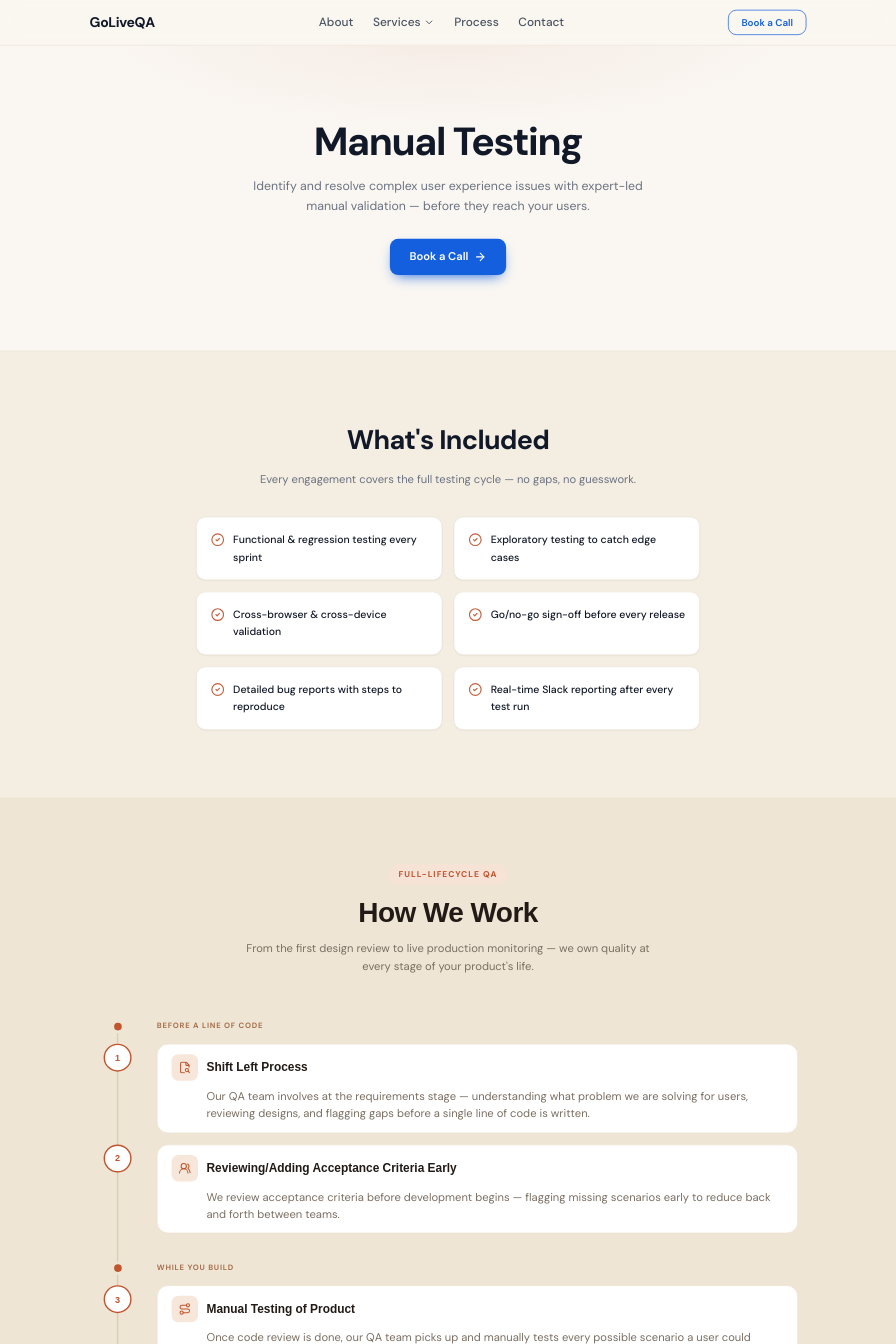
Repository: Monika281992/GoLiveQA
Page: /manual-testing
The author's editor kept a copy of each file at every save. The page is drawn from the files as they stood at one save, then again after the next save.
The browser window is 1280 px wide. The pictures show the part of the page from y = 0 to 1920 px (the page is 3241 px tall before and 2805 px after), at 70% of full size.
The project was rebuilt for these pictures with package versions that can differ from the ones it lists, and the page was loaded fresh each time. The framework's server and built-in components were replaced by stand-ins that run in the browser. Also part of the build but not shown: next.config.mjs.

Above is the page before, as saved 2026-06-27 21:39:47.

### app/layout.tsx
import type { Metadata } from "next";
import { DM_Sans, Kaushan_Script } from "next/font/google";
import "./globals.css";

const dmSans = DM_Sans({
  subsets: ["latin"],
  weight: ["300", "400", "500", "600", "700"],
  variable: "--font-sans",
  display: "swap",
});

const kaushan = Kaushan_Script({
  subsets: ["latin"],
  weight: "400",
  variable: "--font-script",
  display: "swap",
});

export const metadata: Metadata = {
  title: "GoLiveQA",
  description:
    "Senior QA engineer with 9 years of hands-on experience testing Healthcare, SaaS, AI & Real Estate products at startups across India and US. Playwright, Cypress, Postman. Available remotely.",
};

export default function RootLayout({
  children,
}: {
  children: React.ReactNode;
}) {
  return (
    <html lang="en" className={`${dmSans.variable} ${kaushan.variable}`}>
      <body className="font-sans leading-relaxed">{children}</body>
    </html>
  );
}

### app/manual-testing/page.tsx
import { Navbar } from "@/components/navbar";
import { Footer } from "@/components/footer";
import { Button } from "@/components/ui/button";
import { ProblemsWeSolve } from "@/components/ProblemsWeSolve";
import { ArrowRight, CheckCircle2 } from "lucide-react";

export const metadata = {
  title: "Manual Testing — GoLiveQA",
  description: "Expert-led manual testing services for startups and fast-moving teams.",
};

const highlights = [
  "Functional & regression testing every sprint",
  "Exploratory testing to catch edge cases",
  "Cross-browser & cross-device validation",
  "Go/no-go sign-off before every release",
  "Detailed bug reports with steps to reproduce",
  "Real-time Slack reporting after every test run",
];

export default function ManualTestingPage() {
  return (
    <div className="min-h-screen bg-surface">
      <Navbar />
      <main>
        {/* Hero */}
        <section className="relative overflow-hidden py-16 md:py-24 lg:py-[108px]">
          <div className="pointer-events-none absolute inset-0 bg-[radial-gradient(58%_46%_at_50%_-4%,#f6ebe5,transparent_72%)]" />
          <div className="relative mx-auto max-w-[760px] px-5 text-center sm:px-8 lg:px-12">
            <h1 className="text-[clamp(2.2rem,5vw,3.5rem)] font-bold leading-[1.05] tracking-[-0.035em] text-ink">
              Manual Testing
            </h1>
            <p className="mx-auto mt-5 max-w-[580px] text-[1.1rem] leading-relaxed text-muted">
              Identify and resolve complex user experience issues with expert-led manual validation — before they reach your users.
            </p>
            <div className="mt-8 flex flex-wrap items-center justify-center gap-4">
              <Button asChild size="lg">
                <a href="/book-a-call">
                  Book a Call <ArrowRight className="h-[18px] w-[18px]" />
                </a>
              </Button>
            </div>
          </div>
        </section>

        {/* What's included */}
        <section className="border-t border-hairline bg-surface-soft py-16 md:py-24">
          <div className="mx-auto max-w-container px-5 sm:px-8 lg:px-12">
            <div className="mx-auto max-w-[560px] text-center">
              <h2 className="text-[clamp(1.8rem,3.5vw,2.4rem)] font-bold tracking-[-0.025em] text-ink">
                What&apos;s Included
              </h2>
              <p className="mt-3 text-[1rem] leading-relaxed text-muted">
                Every engagement covers the full testing cycle — no gaps, no guesswork.
              </p>
            </div>
            <div className="mx-auto mt-10 grid max-w-[720px] grid-cols-1 gap-4 sm:grid-cols-2">
              {highlights.map((item) => (
                <div key={item} className="flex items-start gap-3 rounded-[14px] border border-hairline bg-white p-5 shadow-sm">
                  <CheckCircle2 className="mt-0.5 h-5 w-5 flex-none text-accent" />
                  <p className="text-[15px] font-medium text-ink">{item}</p>
                </div>
              ))}
            </div>
          </div>
        </section>

        {/* How We Work timeline */}
        <ProblemsWeSolve />

        {/* CTA */}
        <section className="py-16 md:py-24">
          <div className="mx-auto max-w-container px-5 text-center sm:px-8 lg:px-12">
            <h2 className="text-[clamp(1.8rem,3.5vw,2.4rem)] font-bold tracking-[-0.025em] text-ink">
              Ready to ship with confidence?
            </h2>
            <p className="mt-3 text-[1rem] text-muted">
              Tell us about your product and we&apos;ll put together the right testing plan.
            </p>
            <Button asChild size="lg" className="mt-7">
              <a href="/book-a-call">
                Book a Consultation <ArrowRight className="h-[18px] w-[18px]" />
              </a>
            </Button>
          </div>
        </section>
      </main>
      <Footer />
    </div>
  );
}

### app/globals.css
@tailwind base;
@tailwind components;
@tailwind utilities;

html {
  scroll-behavior: smooth;
}

body {
  background-color: #faf7f2;
  color: #4b5563;
  -webkit-font-smoothing: antialiased;
}

### components/footer.tsx
const links = [
  { label: "About", href: "#about" },
  { label: "How Can I Help", href: "#services" },
  { label: "Process", href: "#process" },
  { label: "Contact", href: "#contact" },
];

export function Footer() {
  return (
    <footer className="border-t border-hairline bg-white py-8">
      <div className="mx-auto flex max-w-container flex-wrap items-center justify-between gap-x-7 gap-y-4 px-5 sm:px-8 lg:px-12">
        <a href="#top" className="text-lg font-bold tracking-tight text-brand">
          GoLiveQA
        </a>
        <div className="flex flex-wrap gap-6">
          {links.map((l) => (
            <a
              key={l.href}
              href={l.href}
              className="text-sm text-muted transition-colors hover:text-ink"
            >
              {l.label}
            </a>
          ))}
        </div>
        <p className="text-[13.5px] text-faint">
          © 2026 GoLiveQA. All rights reserved. A boutique QA consultancy.
        </p>
      </div>
    </footer>
  );
}

### components/ui/button.tsx
import * as React from "react";
import { Slot } from "@radix-ui/react-slot";
import { cva, type VariantProps } from "class-variance-authority";
import { cn } from "@/lib/utils";

const buttonVariants = cva(
  "inline-flex items-center justify-center gap-2 whitespace-nowrap rounded-xl font-semibold transition-all focus-visible:outline-none focus-visible:ring-2 focus-visible:ring-brand/40 focus-visible:ring-offset-2 disabled:pointer-events-none disabled:opacity-50",
  {
    variants: {
      variant: {
        default:
          "bg-brand text-white shadow-brand hover:bg-brand-dark hover:-translate-y-0.5",
        outline:
          "border-[1.5px] border-brand text-brand hover:bg-brand hover:text-white",
        ghost: "text-brand hover:bg-brand/5",
      },
      size: {
        default: "h-11 px-6 text-[15px]",
        lg: "h-[52px] px-7 text-base",
        sm: "h-9 px-[18px] text-sm",
      },
    },
    defaultVariants: {
      variant: "default",
      size: "default",
    },
  }
);

export interface ButtonProps
  extends React.ButtonHTMLAttributes<HTMLButtonElement>,
    VariantProps<typeof buttonVariants> {
  asChild?: boolean;
}

const Button = React.forwardRef<HTMLButtonElement, ButtonProps>(
  ({ className, variant, size, asChild = false, ...props }, ref) => {
    const Comp = asChild ? Slot : "button";
    return (
      <Comp
        className={cn(buttonVariants({ variant, size, className }))}
        ref={ref}
        {...props}
      />
    );
  }
);
Button.displayName = "Button";

export { Button, buttonVariants };

### components/ProblemsWeSolve.jsx
"use client";

import {
  FileSearch2,
  UsersRound,
  Route,
  ClipboardCheck,
  History,
  BadgeCheck,
  Zap,
  Radar,
} from "lucide-react";

const ACCENT      = "#c0552f";
const RAIL_COLOR  = "#ddcdb4";
const BG_SECTION  = "#efe5d4";
const BG_CARD     = "#ffffff";
const TEXT_HEAD   = "#211a15";
const TEXT_BODY   = "#7a6f62";
const CHIP_BG     = "#f7e7db";
const PHASE_TEXT  = "#a8714f";
const EYEBROW_BG  = "#f7e3d6";

const DARK = {
  bg:   "#2c2620",
  title:"#ffffff",
  body: "#c9bfb2",
  icon: "#f0a07e",
  chip: "rgba(192,85,47,0.25)",
};

const phases = [
  {
    label: "Before a line of code",
    items: [
      {
        n: 1, Icon: FileSearch2,
        title: "Shift Left Process",
        desc:  "Our QA team involves at the requirements stage — understanding what problem we are solving for users, reviewing designs, and flagging gaps before a single line of code is written.",
        dark: false,
      },
      {
        n: 2, Icon: UsersRound,
        title: "Reviewing/Adding Acceptance Criteria Early",
        desc:  "We review acceptance criteria before development begins — flagging missing scenarios early to reduce back and forth between teams.",
        dark: false,
      },
    ],
  },
  {
    label: "While you build",
    items: [
      {
        n: 3, Icon: Route,
        title: "Manual Testing of Product",
        desc:  "Once code review is done, our QA team picks up and manually tests every possible scenario a user could encounter — ensuring it works exactly as intended.",
        dark: false,
      },
      {
        n: 4, Icon: ClipboardCheck,
        title: "Bug Reporting",
        desc:  "Every bug is documented with video, steps, logs and screenshots — so developers fix it without the back-and-forth.",
        dark: false,
      },
      {
        n: 5, Icon: History,
        title: "Regression Testing and QA Sign-Off",
        desc:  "We run regression testing on every release — covering all live functionality to catch unexpected breakages, and if looks all good our QA gives go-ahead.",
        dark: false,
      },
    ],
  },
  {
    label: "After launch",
    items: [
      {
        n: 6, Icon: BadgeCheck,
        title: "Production Check",
        desc:  "A final production check on every feature — confirming everything is up and running before your users see it.",
        dark: false,
      },
      {
        n: 7, Icon: Zap,
        title: "Automating Stable Features to Save Time",
        desc:  "Once a feature is stable, we automate it — so future regression runs in minutes, not days.",
        dark: false,
      },
      {
        n: 8, Icon: Radar,
        title: "Continuous Production Monitoring",
        desc:  "Most QA stops at launch. We don't. We test production continuously — so your users never hit an issue silently.",
        dark: true,
      },
    ],
  },
];

export function ProblemsWeSolve() {
  return (
    <section style={{ background: BG_SECTION, padding: "96px 32px" }}
      className="!py-16 !px-5 md:!py-24 md:!px-8">
<div style={{ maxWidth: 1000, margin: "0 auto" }}>

        {/* Header */}
        <div style={{ maxWidth: 600, margin: "0 auto 64px", textAlign: "center" }}>
          <span style={{
            display: "inline-block",
            background: EYEBROW_BG,
            color: ACCENT,
            fontSize: 12,
            fontWeight: 700,
            textTransform: "uppercase",
            letterSpacing: "0.12em",
            borderRadius: 999,
            padding: "5px 14px",
            marginBottom: 16,
          }}>
            Full-Lifecycle QA
          </span>
          <h2 style={{
            fontFamily: "'Poppins', sans-serif",
            fontWeight: 600,
            fontSize: "clamp(1.8rem, 4vw, 2.5rem)",
            color: TEXT_HEAD,
            margin: "0 0 16px",
            lineHeight: 1.15,
            letterSpacing: "-0.02em",
          }}>
            How We Work
          </h2>
          <p style={{ fontSize: 16, color: TEXT_BODY, lineHeight: 1.6, margin: 0 }}>
            From the first design review to live production monitoring — we own quality at every stage of your product&apos;s life.
          </p>
        </div>

        {/* Timeline */}
        <div style={{ position: "relative" }}>
          {/* Vertical rail */}
          <div style={{
            position: "absolute",
            left: 27,
            top: 18,
            bottom: 18,
            width: 2,
            background: RAIL_COLOR,
            zIndex: 0,
          }} />

          {phases.map((phase, phaseIdx) => (
            <div key={phase.label}>
              {/* Phase label row */}
              <div style={{
                display: "flex",
                alignItems: "center",
                gap: 28,
                marginTop: phaseIdx === 0 ? 0 : 40,
                marginBottom: 16,
              }}>
                <div style={{ width: 56, flexShrink: 0, display: "flex", justifyContent: "center", position: "relative", zIndex: 1 }}>
                  <div style={{
                    width: 11,
                    height: 11,
                    borderRadius: "50%",
                    background: ACCENT,
                    boxShadow: `0 0 0 4px ${BG_SECTION}`,
                  }} />
                </div>
                <span style={{
                  fontSize: 11,
                  fontWeight: 700,
                  textTransform: "uppercase",
                  letterSpacing: "0.1em",
                  color: PHASE_TEXT,
                }}>
                  {phase.label}
                </span>
              </div>

              {/* Items */}
              {phase.items.map((item) => {
                const isDark = item.dark;
                return (
                  <div key={item.n} style={{ display: "flex", gap: 28, alignItems: "flex-start", marginBottom: 16 }}>

                    {/* Numbered node */}
                    <div style={{ width: 56, flexShrink: 0, display: "flex", justifyContent: "center", position: "relative", zIndex: 1 }}>
                      <div style={{
                        width: 40,
                        height: 40,
                        borderRadius: "50%",
                        background: isDark ? ACCENT : BG_CARD,
                        border: `2px solid ${ACCENT}`,
                        display: "flex",
                        alignItems: "center",
                        justifyContent: "center",
                        fontFamily: "'Poppins', sans-serif",
                        fontWeight: 600,
                        fontSize: 13,
                        color: isDark ? "#fff" : ACCENT,
                      }}>
                        {item.n}
                      </div>
                    </div>

                    {/* Card */}
                    <div
                      className="transition-all duration-200 hover:-translate-y-1 hover:shadow-md"
                      style={{
                      flex: 1,
                      background: isDark ? DARK.bg : BG_CARD,
                      border: isDark ? "none" : "1px solid #ece1d0",
                      borderRadius: 16,
                      padding: "14px 20px",
                    }}>
                      {/* Icon + title */}
                      <div style={{ display: "flex", alignItems: "center", gap: 12 }}>
                        <div style={{
                          width: 38,
                          height: 38,
                          borderRadius: 10,
                          flexShrink: 0,
                          background: isDark ? DARK.chip : CHIP_BG,
                          display: "flex",
                          alignItems: "center",
                          justifyContent: "center",
                        }}>
                          <item.Icon size={18} color={isDark ? DARK.icon : ACCENT} />
                        </div>
                        <h3 style={{
                          fontFamily: "'Poppins', sans-serif",
                          fontWeight: 600,
                          fontSize: 17,
                          color: isDark ? DARK.title : TEXT_HEAD,
                          margin: 0,
                          lineHeight: 1.3,
                        }}>
                          {item.title}
                        </h3>
                      </div>

                      {/* Description */}
                      <p style={{
                        fontSize: 16,
                        lineHeight: 1.55,
                        color: isDark ? DARK.body : TEXT_BODY,
                        margin: "10px 0 0",
                        paddingLeft: 50,
                      }}>
                        {item.desc}
                      </p>
                    </div>

                  </div>
                );
              })}
            </div>
          ))}
        </div>

      </div>
    </section>
  );
}

### tailwind.config.ts
import type { Config } from "tailwindcss";

const config: Config = {
  content: [
    "./app/**/*.{ts,tsx}",
    "./components/**/*.{ts,tsx}",
  ],
  theme: {
    extend: {
      colors: {
        // Brand action color (blue) — CTAs, links
        brand: { DEFAULT: "#145fdd", dark: "#0d46b8" },
        // Warm personal accent (terracotta) — eyebrows, badges, signature
        accent: { DEFAULT: "#c2613f", soft: "#f6ebe5" },
        // Warm surfaces
        surface: { DEFAULT: "#faf7f2", soft: "#f4ede2" },
        hairline: "#ece4d7",
        // Text
        ink: "#111827",
        body: "#4b5563",
        muted: "#6b7280",
        faint: "#9ca3af",
      },
      fontFamily: {
        sans: ["var(--font-sans)", "system-ui", "sans-serif"],
        script: ["var(--font-script)", "cursive"],
      },
      maxWidth: {
        container: "1120px",
      },
      boxShadow: {
        card: "0 1px 3px rgba(0,0,0,0.03)",
        lift: "0 20px 40px -18px rgba(0,0,0,0.16)",
        brand: "0 8px 20px -8px rgba(20,95,221,0.5)",
        photo: "0 18px 44px -22px rgba(0,0,0,0.28)",
        cta: "0 28px 70px -34px rgba(0,0,0,0.22)",
      },
    },
  },
  plugins: [],
};

export default config;

Loaded but not shown: lib/utils.ts (common file); components/navbar.tsx (185 lines, source omitted)

After the next save:
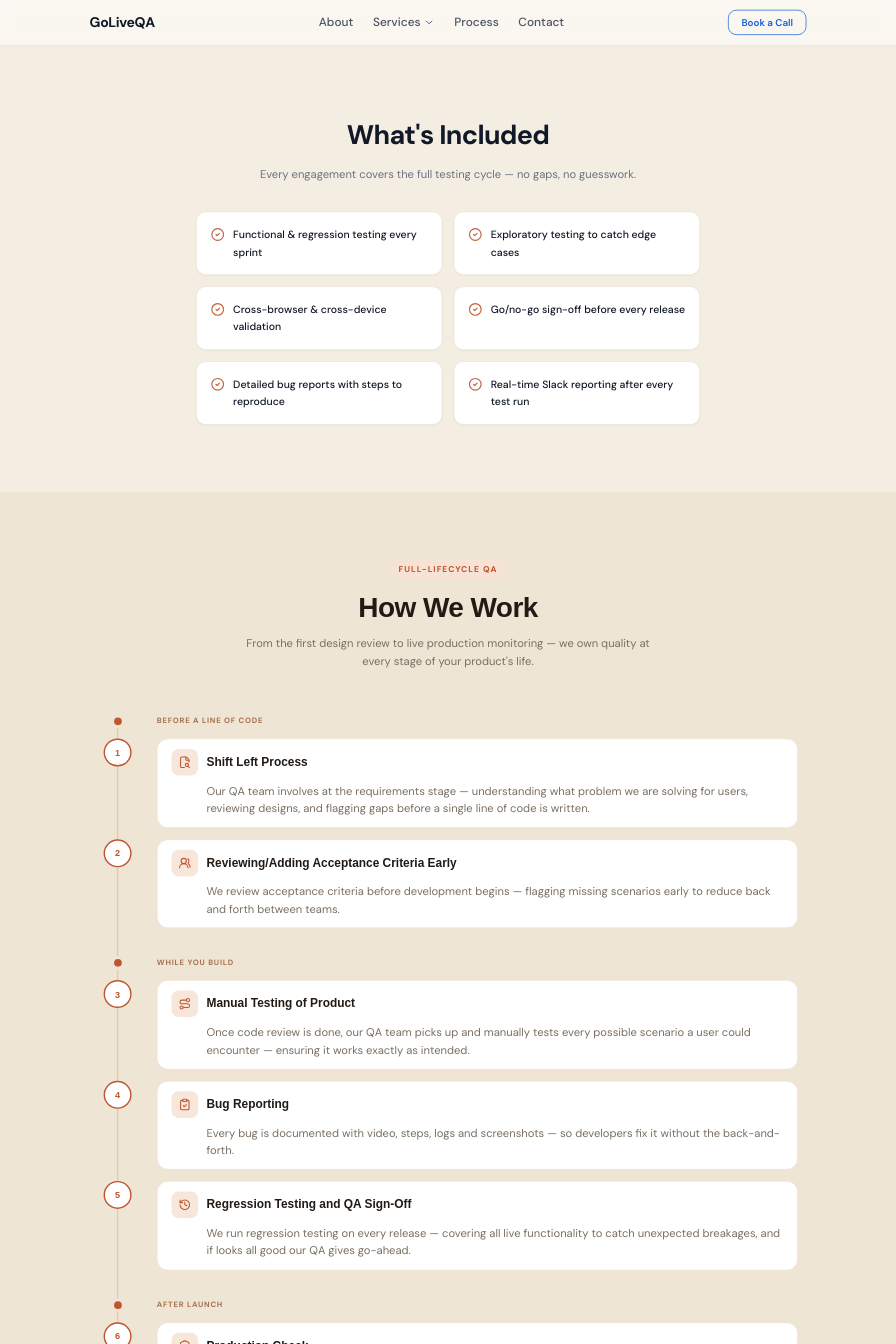
Saved 53 s later.
--- a/app/manual-testing/page.tsx
+++ b/app/manual-testing/page.tsx
@@ -23,25 +23,6 @@ export default function ManualTestingPage() {
     <div className="min-h-screen bg-surface">
       <Navbar />
       <main>
-        {/* Hero */}
-        <section className="relative overflow-hidden py-16 md:py-24 lg:py-[108px]">
-          <div className="pointer-events-none absolute inset-0 bg-[radial-gradient(58%_46%_at_50%_-4%,#f6ebe5,transparent_72%)]" />
-          <div className="relative mx-auto max-w-[760px] px-5 text-center sm:px-8 lg:px-12">
-            <h1 className="text-[clamp(2.2rem,5vw,3.5rem)] font-bold leading-[1.05] tracking-[-0.035em] text-ink">
-              Manual Testing
-            </h1>
-            <p className="mx-auto mt-5 max-w-[580px] text-[1.1rem] leading-relaxed text-muted">
-              Identify and resolve complex user experience issues with expert-led manual validation — before they reach your users.
-            </p>
-            <div className="mt-8 flex flex-wrap items-center justify-center gap-4">
-              <Button asChild size="lg">
-                <a href="/book-a-call">
-                  Book a Call <ArrowRight className="h-[18px] w-[18px]" />
-                </a>
-              </Button>
-            </div>
-          </div>
-        </section>
 
         {/* What's included */}
         <section className="border-t border-hairline bg-surface-soft py-16 md:py-24">
